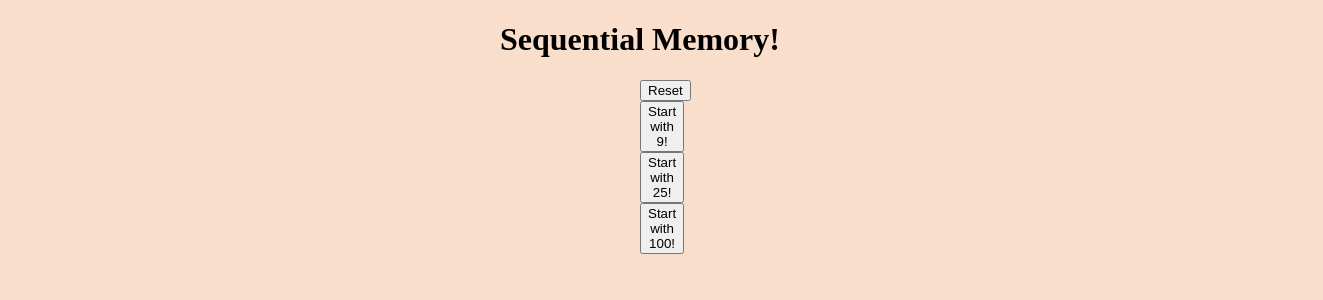
Repository: HyveMynd/htdocs
Page: PS1/MemoryNumbers.html
The author's editor kept a copy of each file at every save. The page is drawn from the files as they stood at one save, then again after the next save.
The browser window is 1280 px wide. The page is 1323 px wide, so the pictures cover 1323 px, including what lies to the right of the window. The pictures show the whole page.
Some web libraries are served in a nearby version.

Above is the page before, as saved 2013-01-22 04:27:05.

### PS1/MemoryNumbers.html
<!DOCTYPE html PUBLIC "-//W3C//DTD HTML 4.01 Transitional//EN" "http://www.w3.org/TR/html4/loose.dtd">
<html>
<head>
<meta http-equiv="Content-Type" content="text/html; charset=UTF-8">
<link rel="stylesheet" href="MemoryStyle.css" type="text/css" />
<script type="text/javascript" src="https://ajax.googleapis.com/ajax/libs/jquery/1.7.1/jquery.min.js"></script>
<script src="memory.js" type="text/javascript" ></script>
<title>Number Memory</title>
</head>
<body>
<h1>Sequential Memory!</h1>
<input id=reset type=button onclick=window.location.reload() value=Reset />
<div class=gameboard ></div>
<div class=select>
	<button id=num3 onclick="displayBoard(3)">Start with 9!</button>
	<button id=num5 onclick="displayBoard(5)">Start with 25!</button>
	<button id=num10 onclick="displayBoard(10)">Start with 100!</button>
</div>
</body>
</html>

### PS1/MemoryStyle.css
@CHARSET "UTF-8";
body { background-color:#f9dfcb; }
h1 { text-align:center; color:black }
table {
	text-align:center;
	color:black;
	border: 5px solid black;
	border-collapse:collapse;
	margin:auto;
	font-size:50px;
}
tr { border: 5px solid black; height: 100px; width: 100px; }
td { border: 5px solid black; height: 100px; width: 100px; }
p {text-align:center; font-size:30px}
.gameboard input {
	height:90px;
	width:90px;
	background-color:#faaaab;
	font-size:30px;
	color:#faaaab;
}
.select {
	margin-left:50%;
	margin-right:50%;
}
#reset {
	margin-left:50%;
	margin-right:50%;
}

### PS1/memory.js
var current = 0;
var numbers = new Array();
var rowsColumns;

function displayNumber(button){
	//show number in black
	$(button).css({color:"#000000"});
	var selected = $(button).val();
	//if the number is sequential, do not fade
	if (selected == current+1){
		current++;
	}
	//else reset the numbers to be invisible
	else{
		window.setTimeout(function () {showbutton();}, 500);
		current=0;
	}
	//check for game completion
	if(current == rowsColumns*rowsColumns){
		gameComplete();
	}
}

function showbutton(){
	//reset all the numbers back to blank
	$(".gameboard input").css({color:"#faaaab"});
}

function mouseDown(e){
	displayNumber();
}

function displayBoard(num){
	rowsColumns = num;
	for (var i = 0; i < num*num; i++){
		numbers[i] = i+1;
	}

	//add the buttons to the gameboard
	var board = "<table>";
	for (var r = 0; r < num; r++){
		var row = "<tr>";
		for (var c = 0; c < num; c++){
			var key = Math.floor(Math.random() * numbers.length-1);
			var number = numbers.splice(key, 1);
			//randomly select array numbers
			row += "<td><input type=button value="+number+" /></td>";
		}
		row += "</tr>";
		board += row;
	}
	board += "</table>";
	$(".gameboard").append(board);
	$("#twentyfive").hide();

	//tie gameboard buttons
	$(".gameboard input").click(function () { play(this); });
}

function play(button){
	//get the row and column of the button
	var td = $(button).parent();
	var col = td.parent().children().index(td);
	var row = td.parent().parent().children().index(td.parent());

	//toggle the number to display
	toggle(row, col);
}

function toggle (r,c){
	var button = $(".gameboard input").get(r*rowsColumns+c);
	displayNumber(button);
}

function gameComplete(){
	window.alert("Congratulations! You have won!");
}

After the next save:
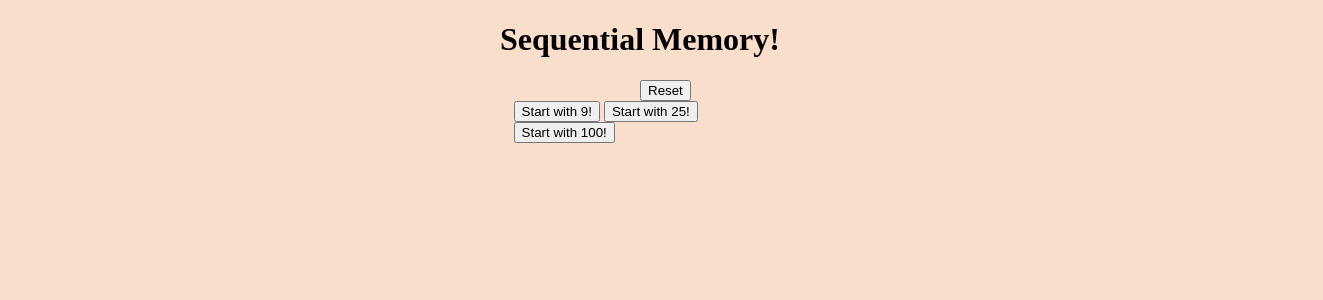
Saved 8 s later.
--- a/PS1/MemoryStyle.css
+++ b/PS1/MemoryStyle.css
@@ -20,8 +20,8 @@ p {text-align:center; font-size:30px}
 	color:#faaaab;
 }
 .select {
-	margin-left:50%;
-	margin-right:50%;
+	margin-left:40%;
+	margin-right:40%;
 }
 #reset {
 	margin-left:50%;
